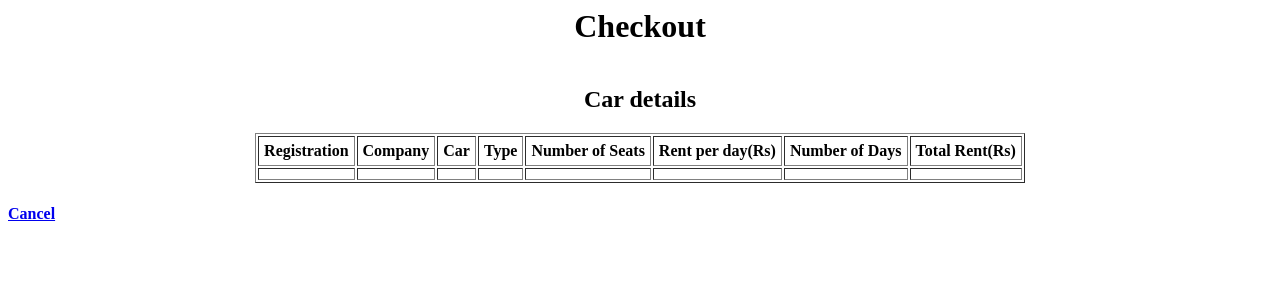
Repository: aforaswin/car-rental
Page: http://localhost/Car_Rental/Checkout.jsp
The author's editor kept a copy of each file at every save. The page is drawn from the files as they stood at one save, then again after the next save.
The browser window is 1280 px wide. The pictures show the whole page.
The page is served by Tomcat 9. Other server files are loaded and not shown. The template is opened directly, without the code that normally fills it, so the values that code supplies are empty.

Above is the page before, as saved 2017-09-19 09:11:57.

### Car Rental/WebContent/Checkout.jsp
<%@ page language="java" contentType="text/html; charset=ISO-8859-1"
    pageEncoding="ISO-8859-1"%>
<%@ taglib uri="http://java.sun.com/jsp/jstl/core" prefix="c" %>
<html>
<head>
<meta http-equiv="Content-Type" content="text/html; charset=ISO-8859-1">
<title>Insert title here</title>
</head>
<body>
<center>
        <h1>Checkout</h1>



    </center>
    <div align="center">
        <table border="1" cellpadding="5">
            <caption><h2>Car details</h2></caption>
            <tr>
                <th>Registration</th>
                <th>Company</th>
                <th>Car</th>
                <th>Type</th>
                <th>Number of Seats</th>
                <th>Rent per day(Rs)</th>
                <th>Number of Days</th>
                <th>Total Rent(Rs)</th>
            </tr>
               <tr>
                    <td><c:out value="${car.regNo}" /></td>
                    <td><c:out value="${car.companyName}" /></td>
                    <td><c:out value="${car.carName}" /></td>
                    <td><c:out value="${car.type}" /></td>
                    <td><c:out value="${car.noOfSeats}" /></td>
                    <td><c:out value="${car.rent}" /></td>
                    <td><c:out value="${days}" /></td>
                    <td><c:out value="${total}" /></td>



                </tr>

        </table>
    </div>

    <h4> <a href="home">Cancel</a>  </h4>

       <%
int timeout = session.getMaxInactiveInterval();
response.setHeader("Refresh", timeout + "; URL = userLogin.jsp");
%>
</body>
</html>

After the next save:
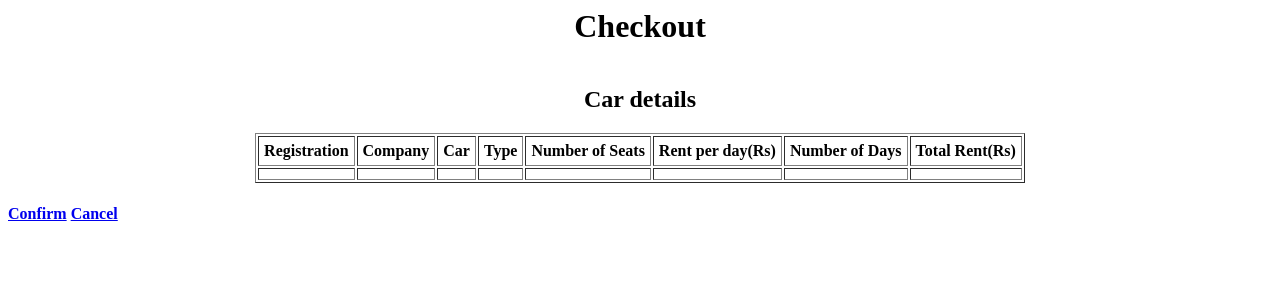
Saved 67 s later.
--- a/Car Rental/WebContent/Checkout.jsp
+++ b/Car Rental/WebContent/Checkout.jsp
@@ -43,7 +43,7 @@
         </table>
     </div>
 
-    <h4> <a href="home">Cancel</a>  </h4>
+    <h4> <a href="confirmCheckout">Confirm</a>   <a href="home">Cancel</a>  </h4>
 
        <%
 int timeout = session.getMaxInactiveInterval();
